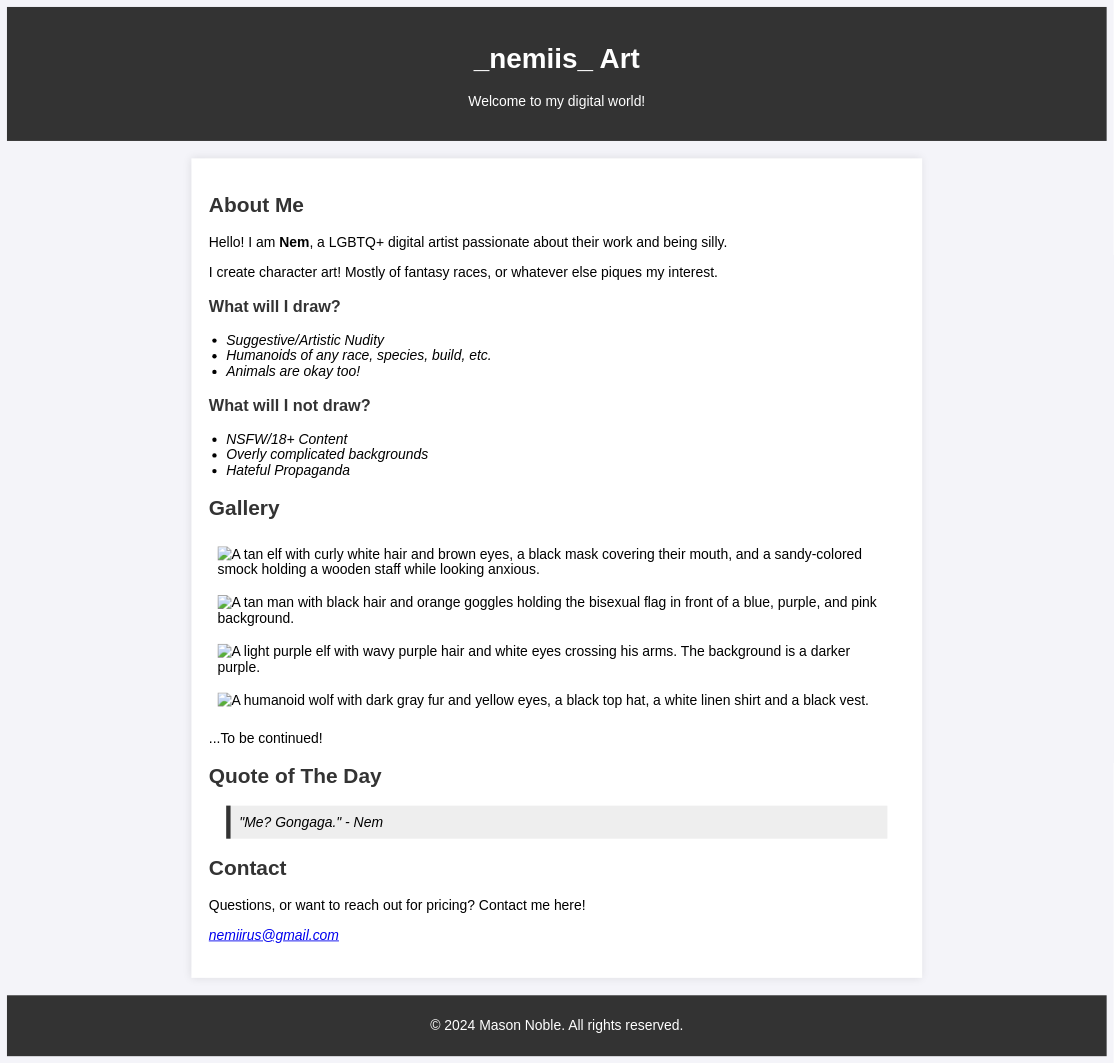
Repository: Brittany-Westlund/MART341-WebDesign
Page: WebDesignHomework/testfolder/index.html
The author's editor kept a copy of each file at every save. The page is drawn from the files as they stood at one save, then again after the next save.
The browser window is 1280 px wide. The pictures show the whole page, at 87% of full size.

Above is the page before, as saved 2024-10-19 23:30:37.
Not found: WebDesignHomework/testfolder/images/arden.png
Not found: WebDesignHomework/testfolder/images/bitomu.png
Not found: WebDesignHomework/testfolder/images/davertiusmybeloved.png

### WebDesignHomework/testfolder/index.html
<!DOCTYPE html>
<html lang="en">
<head>
    <meta charset="UTF-8">
    <meta name="viewport" content="width=device-width, initial-scale=1.0">
    <title>Art Portfolio</title>
    <style>
        /* Here is the styling! I decided to go with something that looks very simple, to match what I planned in the README. I also don't care about the finer details at the moment because the main focus of this assignment is HTML so... */
        body {
            background-color: #f4f4f9;
            font-family: Arial, sans-serif;
        }
        header {
            text-align: center;
            background-color: #333;
            color: #fff;
            padding: 20px 0;
        }
        main {
            max-width: 800px;
            margin: 20px auto;
            padding: 20px;
            background-color: #fff;
            box-shadow: 0 0 10px rgba(0, 0, 0, 0.1);
        }
        h1 {
            color: #fff;
        }
        h2, h3 {
            color: #333;
        }
        ul {
            list-style-type: disc;
            padding-left: 20px;
        }
        section {
            margin-bottom: 20px;
        }
        img {
            margin: 10px;
            width: 45%;
        }
        blockquote {
            font-style: italic;
            margin: 20px;
            padding: 10px;
            background-color: #eee;
            border-left: 5px solid #333;
        }
        footer {
            text-align: center;
            padding: 10px 0;
            background-color: #333;
            color: #fff;
        }
    </style>
</head>
<body>
    <header>
        <h1>_nemiis_ Art</h1>
        <p>Welcome to my digital world!</p>
    </header>
    <main>
        <!-- I'm using my art alias, _nemiis_ / Nem, for this project. The footer, however, contains my real name. -->
        <section>
            <h2>About Me</h2>
            <p>Hello! I am <strong>Nem</strong>, a LGBTQ+ digital artist passionate about their work and being silly.</p>
            <p>I create character art! Mostly of fantasy races, or whatever else piques my interest.</p>
        </section>
        <section>
            <h3>What will I draw?</h3>
            <ul>
                <li><em>Suggestive/Artistic Nudity</em></li>
                <li><em>Humanoids of any race, species, build, etc.</em></li>
                <li><em>Animals are okay too!</em></li>
            </ul>
            <h3>What will I not draw?</h3>
            <ul>
                <li><em>NSFW/18+ Content</em></li>
                <li><em>Overly complicated backgrounds</em></li>
                <li><em>Hateful Propaganda</em></li>
            </ul>
        </section>
        <section>
            <!-- I had fun with this one! I wanted to use my actual art instead of placeholders from the internet. Let's hope it works when I turn it in! *fingers crossed* -->
            <h2>Gallery</h2>
            <img src="images/arden.png" alt="A tan elf with curly white hair and brown eyes, a black mask covering their mouth, and a sandy-colored smock holding a wooden staff while looking anxious.">
            <img src="images/bitomu.png" alt="A tan man with black hair and orange goggles holding the bisexual flag in front of a blue, purple, and pink background.">
            <br>
            <img src="images/finicon.png" alt="A light purple elf with wavy purple hair and white eyes crossing his arms. The background is a darker purple.">
            <img src="images/davertiusmybeloved.png" alt="A humanoid wolf with dark gray fur and yellow eyes, a black top hat, a white linen shirt and a black vest.">
            <br>
            <p>...To be continued!</p>
        </section>
        <section>
            <h2>Quote of The Day</h2>
            <!-- Silly little quote, I may or may not change it every day or every time I turn in this project. -->
            <blockquote>
                "Me? Gongaga."
                <cite>- Nem</cite>
            </blockquote>
        </section>
        <section>
            <h2>Contact</h2>
            <!-- Linking to my actual art business email. -->
            <p>Questions, or want to reach out for pricing? Contact me here!</p>
            <address>
                <a href="mailto:nemiirus@gmail.com">nemiirus@gmail.com</a>
            </address>
        </section>
    </main>
    <footer>
        <p>&copy; 2024 Mason Noble. All rights reserved.</p>
    </footer>
</body>
</html>

After the next save:
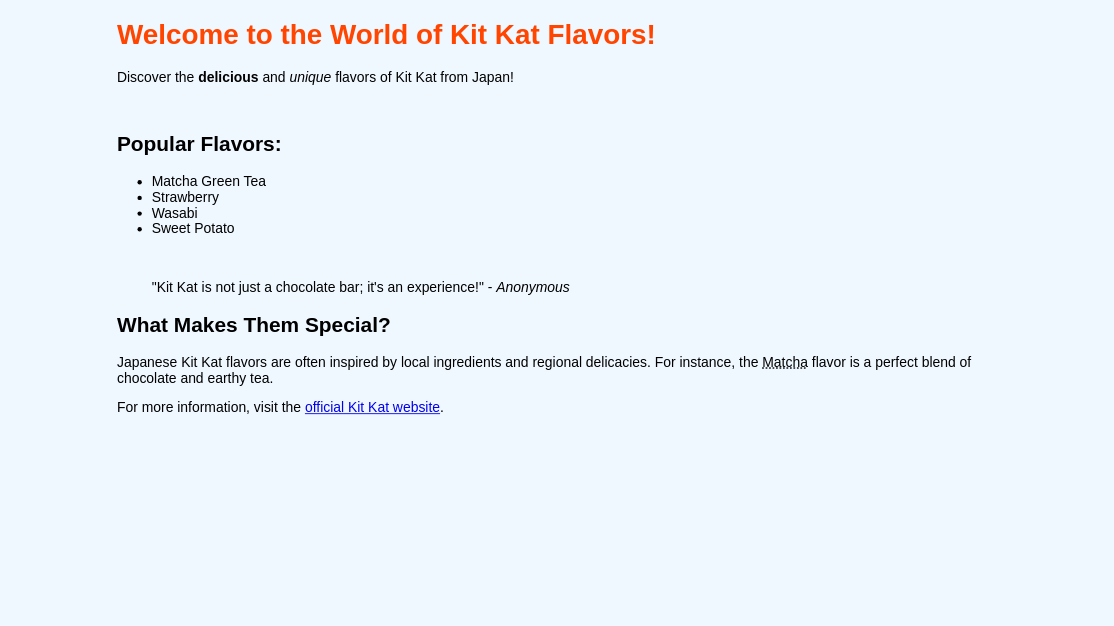
Saved 114 min 1 s later.
--- a/WebDesignHomework/testfolder/index.html
+++ b/WebDesignHomework/testfolder/index.html
@@ -1,116 +1,55 @@
+
 <!DOCTYPE html>
 <html lang="en">
 <head>
     <meta charset="UTF-8">
     <meta name="viewport" content="width=device-width, initial-scale=1.0">
-    <title>Art Portfolio</title>
+    <title>Japanese Kit Kat Flavors</title>
     <style>
-        /* Here is the styling! I decided to go with something that looks very simple, to match what I planned in the README. I also don't care about the finer details at the moment because the main focus of this assignment is HTML so... */
+        /* Setting background color for the page */
         body {
-            background-color: #f4f4f9;
-            font-family: Arial, sans-serif;
+            background-color: #f0f8ff; /* Light blue background */
+            font-family: Arial, sans-serif; /* Modern font style */
         }
-        header {
-            text-align: center;
-            background-color: #333;
-            color: #fff;
-            padding: 20px 0;
-        }
-        main {
-            max-width: 800px;
-            margin: 20px auto;
-            padding: 20px;
-            background-color: #fff;
-            box-shadow: 0 0 10px rgba(0, 0, 0, 0.1);
+        .container {
+            width: 80%; /* Controlling the width of the content */
+            margin: auto; /* Centering the container */
         }
         h1 {
-            color: #fff;
-        }
-        h2, h3 {
-            color: #333;
-        }
-        ul {
-            list-style-type: disc;
-            padding-left: 20px;
-        }
-        section {
-            margin-bottom: 20px;
-        }
-        img {
-            margin: 10px;
-            width: 45%;
-        }
-        blockquote {
-            font-style: italic;
-            margin: 20px;
-            padding: 10px;
-            background-color: #eee;
-            border-left: 5px solid #333;
-        }
-        footer {
-            text-align: center;
-            padding: 10px 0;
-            background-color: #333;
-            color: #fff;
+            color: #ff4500; /* Header color */
         }
     </style>
 </head>
 <body>
-    <header>
-        <h1>_nemiis_ Art</h1>
-        <p>Welcome to my digital world!</p>
-    </header>
-    <main>
-        <!-- I'm using my art alias, _nemiis_ / Nem, for this project. The footer, however, contains my real name. -->
-        <section>
-            <h2>About Me</h2>
-            <p>Hello! I am <strong>Nem</strong>, a LGBTQ+ digital artist passionate about their work and being silly.</p>
-            <p>I create character art! Mostly of fantasy races, or whatever else piques my interest.</p>
-        </section>
-        <section>
-            <h3>What will I draw?</h3>
-            <ul>
-                <li><em>Suggestive/Artistic Nudity</em></li>
-                <li><em>Humanoids of any race, species, build, etc.</em></li>
-                <li><em>Animals are okay too!</em></li>
-            </ul>
-            <h3>What will I not draw?</h3>
-            <ul>
-                <li><em>NSFW/18+ Content</em></li>
-                <li><em>Overly complicated backgrounds</em></li>
-                <li><em>Hateful Propaganda</em></li>
-            </ul>
-        </section>
-        <section>
-            <!-- I had fun with this one! I wanted to use my actual art instead of placeholders from the internet. Let's hope it works when I turn it in! *fingers crossed* -->
-            <h2>Gallery</h2>
-            <img src="images/arden.png" alt="A tan elf with curly white hair and brown eyes, a black mask covering their mouth, and a sandy-colored smock holding a wooden staff while looking anxious.">
-            <img src="images/bitomu.png" alt="A tan man with black hair and orange goggles holding the bisexual flag in front of a blue, purple, and pink background.">
-            <br>
-            <img src="images/finicon.png" alt="A light purple elf with wavy purple hair and white eyes crossing his arms. The background is a darker purple.">
-            <img src="images/davertiusmybeloved.png" alt="A humanoid wolf with dark gray fur and yellow eyes, a black top hat, a white linen shirt and a black vest.">
-            <br>
-            <p>...To be continued!</p>
-        </section>
-        <section>
-            <h2>Quote of The Day</h2>
-            <!-- Silly little quote, I may or may not change it every day or every time I turn in this project. -->
-            <blockquote>
-                "Me? Gongaga."
-                <cite>- Nem</cite>
-            </blockquote>
-        </section>
-        <section>
-            <h2>Contact</h2>
-            <!-- Linking to my actual art business email. -->
-            <p>Questions, or want to reach out for pricing? Contact me here!</p>
-            <address>
-                <a href="mailto:nemiirus@gmail.com">nemiirus@gmail.com</a>
-            </address>
-        </section>
-    </main>
-    <footer>
-        <p>&copy; 2024 Mason Noble. All rights reserved.</p>
-    </footer>
+    <div class="container">
+        <!-- Main title of the page -->
+        <h1>Welcome to the World of Kit Kat Flavors!</h1>
+
+        <!-- Introduction paragraph -->
+        <p>Discover the <strong>delicious</strong> and <em>unique</em> flavors of Kit Kat from Japan!</p>
+
+        <br>
+
+        <!-- Unordered list of popular flavors -->
+        <h2>Popular Flavors:</h2>
+        <ul>
+            <li>Matcha Green Tea</li>
+            <li>Strawberry</li>
+            <li>Wasabi</li>
+            <li>Sweet Potato</li>
+        </ul>
+
+        <br>
+
+        <!-- Blockquote for a quote about Kit Kat -->
+        <blockquote>
+            "Kit Kat is not just a chocolate bar; it's an experience!" - <cite>Anonymous</cite>
+        </blockquote>
+
+        <h2>What Makes Them Special?</h2>
+        <p>Japanese Kit Kat flavors are often inspired by local ingredients and regional delicacies. For instance, the <abbr title="Matcha Green Tea">Matcha</abbr> flavor is a perfect blend of chocolate and earthy tea.</p>
+
+        <p>For more information, visit the <a href="https://www.kitkat.com" target="_blank">official Kit Kat website</a>.</p>
+    </div>
 </body>
 </html>
